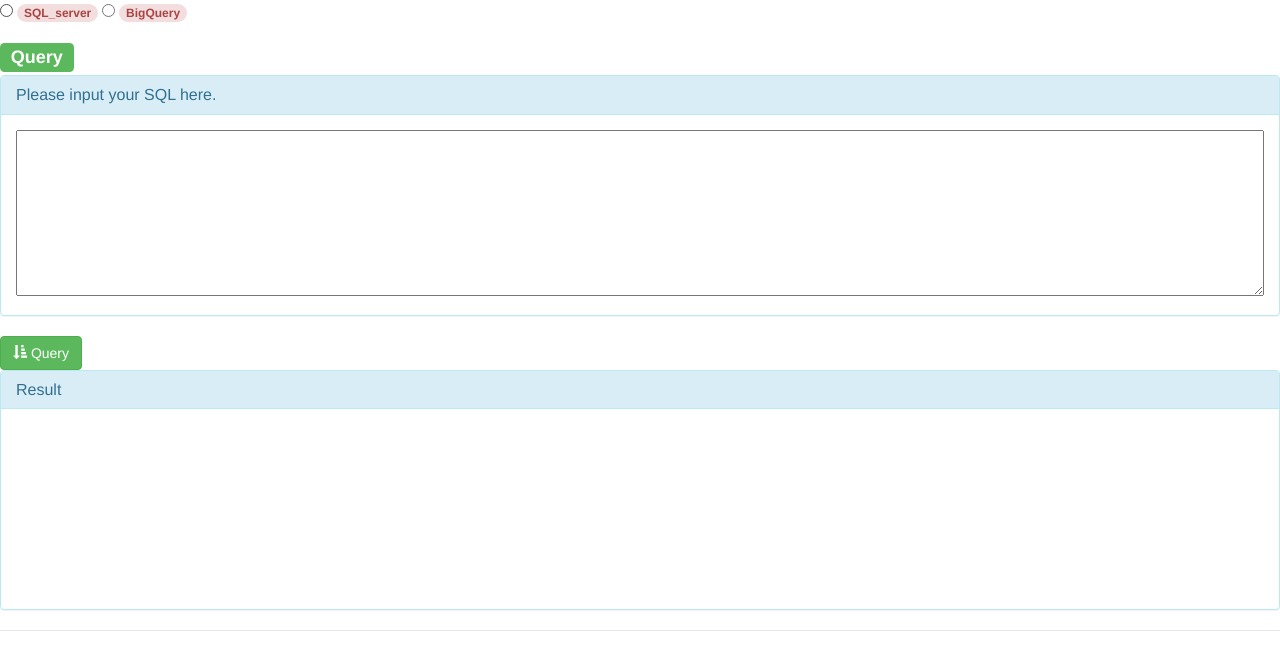
Repository: zhoutian0930ru/database_web
Page: workspace_webapplication_sqlserver_bigquery/project2_test1/WebContent/sql_changed.html
These files come from the project's save history. The page is drawn as it stood at one moment and after the next save; the edit follows.
The browser window is 1280 px wide. The pictures show the whole page.
Some web libraries are served in a nearby version.

Above is the page before, as saved 2018-12-12 02:41:16.
Console error: TypeError: Cannot set properties of null (setting 'innerHTML')

### workspace_webapplication_sqlserver_bigquery/project2_test1/WebContent/sql_changed.html
<!DOCTYPE html PUBLIC "-//W3C//DTD XHTML 1.0 Transitional//EN" "http://www.w3.org/TR/xhtml1/DTD/xhtml1-transitional.dtd">
<html xmlns="http://www.w3.org/1999/xhtml">
<head>
	<meta http-equiv="Content-Type" content="text/html; charset=utf-8" />

	<style type="text/css">
	.comments {
		width:100%;
		overflow:auto;
		word-break:break-all;
	}
	table, th, td {
	    border: 1px solid black;
	}
	</style>
	<script type="text/javascript">
		var c=0
		var t
		function timedCount()
		{
			document.getElementById('txt').innerHTML=c
			c=c+1
			t=setTimeout("timedCount()",1000)
		}
	</script>

	<title>CS 539</title>
	<link rel="stylesheet" href="https://cdn.staticfile.org/twitter-bootstrap/3.3.7/css/bootstrap.min.css">
	<script src="https://cdn.staticfile.org/jquery/2.1.1/jquery.min.js"></script>
	<script src="https://cdn.staticfile.org/twitter-bootstrap/3.3.7/js/bootstrap.min.js"></script>
</head>

<body onload="timedCount()">
	<label>
	     <input type="radio" name="clickIn" value="clickIn" id="mysql"/> <span class="badge alert-danger">SQL_server</span>
	     <input type="radio" name="clickIn" value="clickIn" id="redshift"/> <span class="badge alert-danger">BigQuery</span>
	</label>
	<h3>
		<span class="label label-success">Query</span>
	</h3>

	<div class="query">
		<div class="panel panel-info">
			<div class="panel-heading">
				<h3 class="panel-title">Please input your SQL here.</h3>
			</div>
			<div class="panel-body" style="height:200px;">
				<textarea class="comments" type="text" placeholder="" rows="8" cols="50"></textarea>
			</div>
		</div>

	  	<button type="button" class="btn btn-default btn-mid btn-success">
	  		<span class="glyphicon glyphicon-sort-by-attributes"></span> Query
	  	</button><br>
	</div>

	<div id='dv'></div>
	<div class="panel panel-info">
			<div class="panel-heading">
				<h3 class="panel-title">Result</h3>
			</div>
			<div class="panel-body" style="height:200px; OVERFLOW: auto;">
				<table id="table1"></table>
			</div>
		</div>

	<form >
		<fieldset>
			<ul id="aisle" class="comments"></ul>

			<legend></legend>
		</fieldset>
	</form>

	<script src='https://cdnjs.cloudflare.com/ajax/libs/jquery/3.3.1/jquery.min.js'></script>
	<script>


		$('.query > button').on('click',function(){
			var module="1";

			if(document.getElementById('mysql').checked){
				module="sql_server";
			}
			else{
				if(document.getElementById('redshift').checked){
					module="bigquery";
				}
			}


			let sqltxt = $('.query > textarea').val().trim()
			if(!sqltxt) return false;
			$.ajax({
				url: "http://localhost:8080/project2_test1/servletdemo",

				method:'get',
				async:false,
				//dataType:'json',
				data:{
					"sql":sqltxt,
	                "module":module.toString()
                }
			}).done(function(res){
				//alert('success test')  //TEST OUTPUT

				var html;
				var object;

				//TITLE
				html += "<tr>";
				$.each(res,function(i,val){
            		object=val;
	            });
           		$.each(object,function(key,val2){
	            	html += "<td>";
                    html += key;
                    html += "</td>";
                });
				html += "</tr>";


				//INDEX
				$.each(res,function(i,val){
            		html += "<tr>";
            		$.each(val,function(key,val2){

		            	html += "<td>";
	                    html += val2;
	                    html += "</td>";
	                });
	                html += "</tr>";
	            });
	 			$("#table1").html(html);




			}).fail(function(err){
				alert("Invalid SQL Statement")
			})
		})
	</script>
</body>
</html>

After the next save:
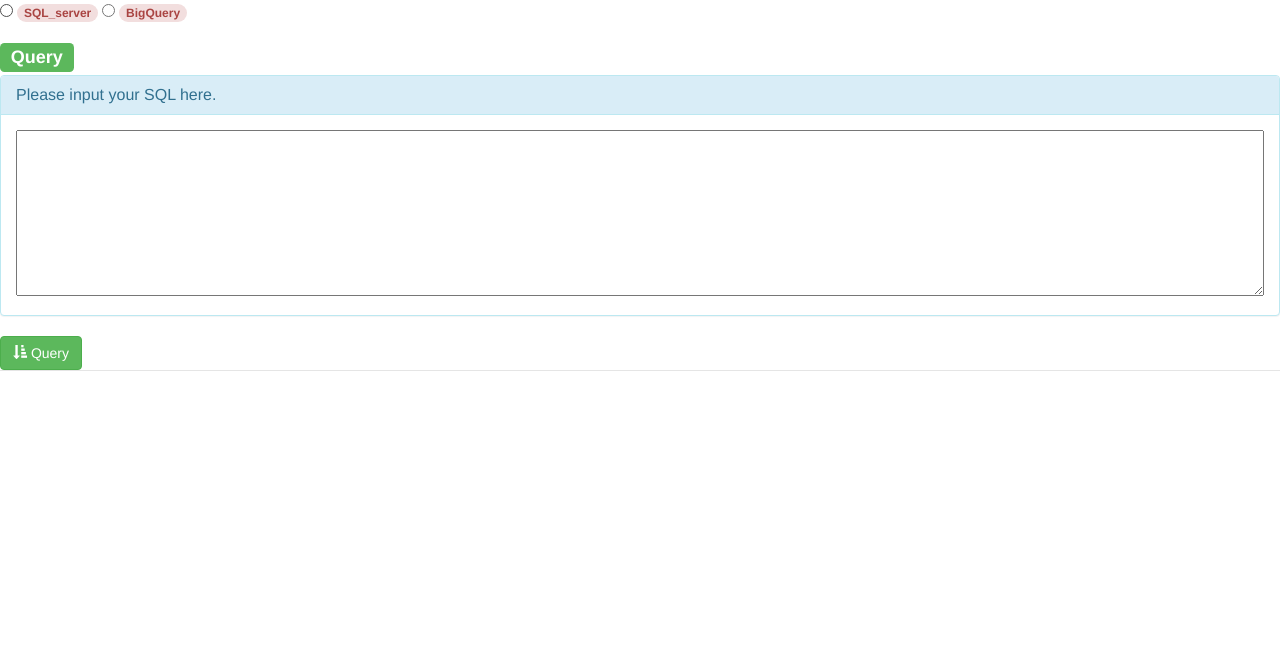
Saved 3 min 6 s later.
--- a/workspace_webapplication_sqlserver_bigquery/project2_test1/WebContent/sql_changed.html
+++ b/workspace_webapplication_sqlserver_bigquery/project2_test1/WebContent/sql_changed.html
@@ -55,14 +55,8 @@
 	</div>
 
 	<div id='dv'></div>
-	<div class="panel panel-info">
-			<div class="panel-heading">
-				<h3 class="panel-title">Result</h3>
-			</div>
-			<div class="panel-body" style="height:200px; OVERFLOW: auto;">
-				<table id="table1"></table>
-			</div>
-		</div>
+		<table id="table1"></table>
+
 
 	<form >
 		<fieldset>
